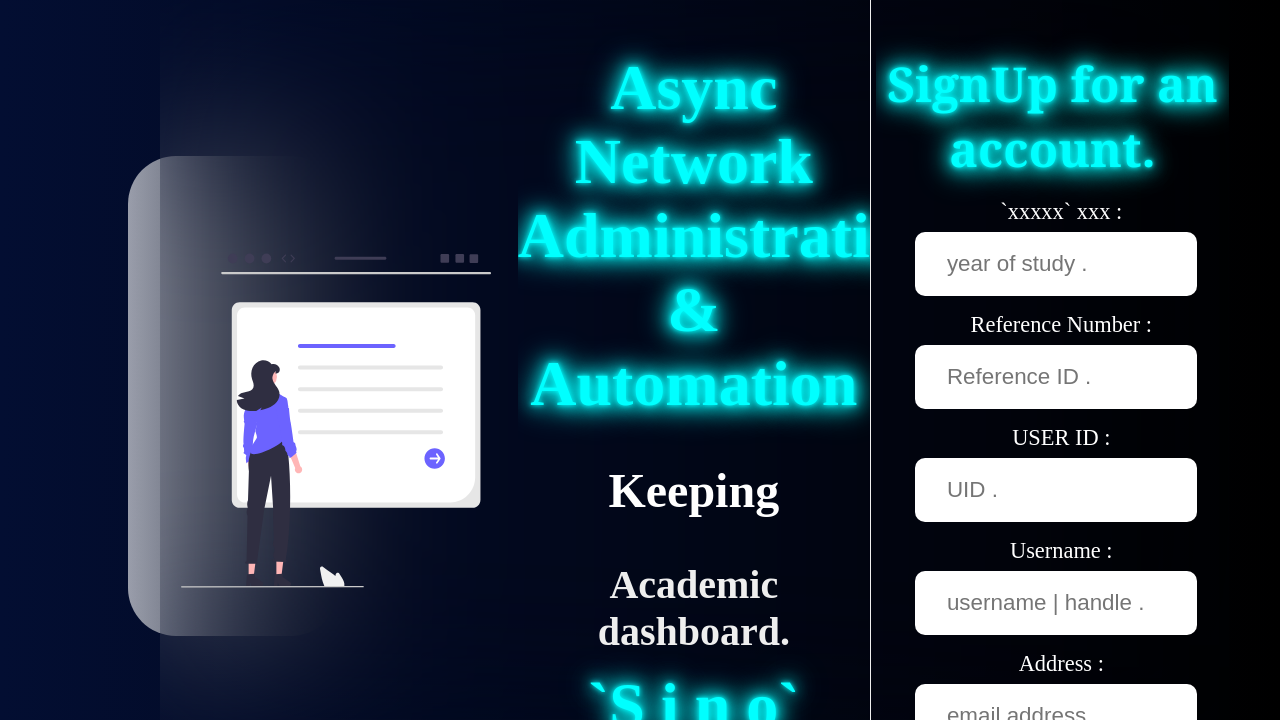
Repository: 3x3cu7er/Shax_001
Page: http://localhost/
An editor plug-in stored every save of this project. The page is shown before and after the next save, followed by the edit.
The browser window is 1280 px wide. The pictures show the whole page.
The page is served by the project's application, run on Django 4.2 (manage.py). Other server files are loaded and not shown.

Above is the page before, as saved 2024-01-19 19:13:06.

### _3x3c47er_Sino_sys/template/xhome.html
{%load static %}

<!DOCTYPE html>
<html lang="en">
  <head>
    <meta charset="UTF-8" />
    <meta name="viewport" content="width=device-width, initial-scale=1.0" />
    <title>Document</title>
    <link rel="stylesheet" href="{% static '/css/homex.css'%}" />
  </head>
  <body>
    <div class="container">
      <section class="transparency">
        <div class="c1"></div>

        <div class="screen">
          <div class="image">
            <img src="/static/css/icons/course1.svg" alt="" />
          </div>
          <div class="welcome">
            <h1>Async Network Administrating & Automation</h1>
            <h2>Keeping</h2>
            <h3>Academic dashboard.</h3>
            <h1>`S i n o` board</h1>
            <h1>User ID :{{uID}}</h1>
          </div>
          <div class="accounts">
            <!-- accountCreating -->
            <div class="formContainer" id="register">
              <h2>SignUp for an account.</h2>
              <form action="" method="post">
                {% csrf_token%}
                <div class="formItem">
                  <label for="">`xxxxx` xxx :</label>
                  <input
                    type="text"
                    name="level"
                    placeholder="year of study ."
                  />
                </div>
                <div class="formItem">
                  <label for="">Reference Number :</label>
                  <input type="text" name="ref" placeholder="Reference ID ." />
                </div>
                <div class="formItem">
                  <label for="">USER ID :</label>
                  <input type="text" name="uid" placeholder="UID ." />
                </div>
                <div class="formItem">
                  <label for="">Username :</label>
                  <input
                    type="text"
                    name="username"
                    placeholder="username | handle ."
                  />
                </div>
                <div class="formItem">
                  <label for="">Address :</label>
                  <input
                    type="email"
                    name="addrs"
                    placeholder="email address.."
                  />
                </div>
                <div class="formItem">
                  <label for="">Password :</label>
                  <input
                    type="password"
                    name="pass1"
                    placeholder="password.."
                  />
                </div>
                <div class="formItem">
                  <label for="">Password (confirm) :</label>
                  <input
                    type="password"
                    name="pass2"
                    placeholder="password.."
                  />
                </div>
                <div class="formItem">
                  <input type="submit" value="SignUp" />
                </div>
                <div class="formItem" id="blank">
                  <h4>
                    Already have an account ?
                    <a class="sign" id="link1">SignIn</a>.
                  </h4>
                </div>
              </form>
            </div>
            <div id="signIn">
              <form action="" method="get" class="formContainer2">
                {% csrf_token%}
                <div class="formItem">
                  <label for="">Username :</label>
                  <input
                    type="text"
                    name="username"
                    placeholder="username | handle ."
                  />
                </div>
                <div class="formItem">
                  <label for="">Address :</label>
                  <input
                    type="email"
                    name="addrs"
                    placeholder="email address.."
                  />
                </div>
                <div class="formItem">
                  <label for="">Password :</label>
                  <input
                    type="password"
                    name="pass1"
                    placeholder="password.."
                  />
                </div>
                <div class="formItem">
                  <input type="submit" value="SignIn" />
                </div>
                <div class="formItem">
                  <h4>
                    have no account ? <a class="sign" id="link2">SignUp</a>.
                  </h4>
                </div>
              </form>
            </div>
          </div>
        </div>
      </section>
    </div>
    <script src="{% static '/js/sign.js'%}"></script>
  </body>
</html>

### _3x3c47er_Sino_sys/_hadez_/views.py
from django.shortcuts import render

# Create your views here.
# system navs


def x1(request):
    return render(request, "xterminal.html")


# system navs
def x2(request):
    return render(request, "xupdate.html")


# system navs
def x3(request):
    return render(request, "xbase.html")


# system navs
def x4(request):
    return render(request, "xmain.html")


# system navs
def x5(request):
    return render(request, "sys_manage.html")


# system navs
def x6(request):
    return render(request, "root_parent.html")


# system navs
def x7(request):
    return render(request, "dash_content_overview.html")


# system navs
def x8(request):

    # if request.method == 'POST':
    #     uname = '*****'
    #     addr = 'account@mail.com'
    #     refnum = '**********'
    #     commentRef = request.POST.get('comID')
    #     label = request.POST.get('label')
    #     message = request.POST.get('message')
    #     newComment = comments(commentID=commentRef, label=label, details=message)
    #     newComment.save()

    if request.method == 'GET':
        uname = '*****'
        addr = 'account@mail.com'
        refnum = '**********'
        ref = request.GET.get('search')
        # users = userCredentials.objects.all()
        # for userAccount in users:
        #     if str(userAccount.referenceNumber) == str(ref):
        #         print('yh..')
        #         uname = userAccount.uname
        #         addr = userAccount.Address
        #         refnum = userAccount.referenceNumber

    return render(request, 'xlanding.html', {'uname':uname, 'addr':addr, 'refnum':refnum})


# system navs
def x9(request):
    return render(request, "xhome.html")


# system navs
def x10(request):
    return render(request, "board_confg.html")


# system navs
def x11(request):
    return render(request, "temp_access_stud.html")


# system navs
def x12(request):
    return render(request, "xactive.html")


# system navs
def x13(request):
    return render(request, "xplatform.html")


# system navs
def x14(request):
    return render(request, "sys_major.html")

### _3x3c47er_Sino_sys/_3x3c47er_Sino_sys/urls.py
"""_3x3c47er_Sino_sys URL Configuration

The `urlpatterns` list routes URLs to views. For more information please see:
    https://docs.djangoproject.com/en/4.0/topics/http/urls/
Examples:
Function views
    1. Add an import:  from my_app import views
    2. Add a URL to urlpatterns:  path('', views.home, name='home')
Class-based views
    1. Add an import:  from other_app.views import Home
    2. Add a URL to urlpatterns:  path('', Home.as_view(), name='home')
Including another URLconf
    1. Import the include() function: from django.urls import include, path
    2. Add a URL to urlpatterns:  path('blog/', include('blog.urls'))
"""
from django.contrib import admin
from django.urls import path, include

urlpatterns = [
    path('admin/', admin.site.urls),
    path("", include("_hadez_.urls")),
    path("xterminal/", include("_hadez_.urls")),
    path('main/', include('_hadez_.urls')),
    path('update-my-data/', include('_hadez_.urls')),
    path('records/', include('_hadez_.urls')),
    path('menu/', include('_hadez_.urls')),
    path('monitor/', include('_hadez_.urls')),
    path('platform/', include('_hadez_.urls')),
]

### _3x3c47er_Sino_sys/_hadez_/urls.py
from django.urls import path
from . import views
urlpatterns = [
    path("xterminal/", views.x1, name="xterminal"),
    path("xupdate/", views.x2, name="xupdate"),
    path("xbase/", views.x3, name="xbase"),
    path("xmain/", views.x4, name="xmain"),
    path("sys_manage/", views.x5, name="sys_manage"),
    path("root_parent/", views.x6, name="root_parent"),
    path("dash_content_overview/", views.x7, name="dash_content_overview"),
    path("xlanding/", views.x8, name="xlanding"),
    path("", views.x9, name="xhome"),
    path("board_confg/", views.x10 , name="board_confg"),
    path("temp_access_student/", views.x11 , name="temp_access_student"),
    path("xactive/", views.x12 , name="xactive"),
    path("xplatform/", views.x13 , name="xplatform"),
    path("sys_major/", views.x14 , name="sys_major"),
]

### _3x3c47er_Sino_sys/static/css/homex.css
* {
  margin: 0;
  padding: 0;
  box-sizing: border-box;
}
body {
  display: flex;
  align-items: center;
  justify-content: center;
  text-align: center;
  height: 100vh;
  width: 100%;
}

.container {
  width: 100%;
  height: 100%;
  align-items: center;
  justify-content: center;
  display: flex;
  overflow: hidden;
  background: linear-gradient(to right, silver, rgba(72, 129, 129, 0.592));
}

a {
  text-decoration: none;
  color: red;
  font-size: 1.4rem;
  font-family: Georgia, "Times New Roman", Times, serif;
}
a:hover {
  cursor: pointer;
}

label {
  font-size: 1.4rem;
  margin-left: 5%;
}
input[type="text"],
input[type="date"],
input[type="password"],
input[type="email"] {
  width: 80%;
  height: 4rem;
  margin: 2% 0 1rem 2%;
  padding-left: 2rem;
  outline: none;
  border-radius: 10px;
  border: none;
  font-size: 1.4rem;
}
#signIn {
  margin-top: 15%;
  margin-bottom: 60%;
  height: 100%;
  padding-top: 50%;
  display: none;
}
#register {
  height: 110%;
  margin-bottom: 25%;
}
#register h2 {
  margin-bottom: 5%;
  font-size: 3rem;
  color: aqua;
  text-shadow: 0 0 5px aqua, 0 0 15px aqua, 0 0 25px aqua, 0 0 35px aqua;
  font-family: Georgia, "Times New Roman", Times, serif;
}
form input[type="submit"] {
  width: 25%;
  height: 3rem;
  margin: 2% 0 1rem 6%;
  padding-left: 0.5rem;
  outline: none;
  border-radius: 10px;
  border: none;
  font-size: 1.4rem;
  text-align: center;
}

.transparency {
  width: 100%;
  height: 100%;
  background: linear-gradient(to right, rgba(3, 14, 50), rgba(0, 0, 0));
  backdrop-filter: blur(5rem);
  z-index: 2;
  text-align: center;
  overflow: hidden;
  display: flex;
  align-items: center;
  justify-content: center;
}

.logoImage {
  width: 50%;
  height: 100%;
  text-align: center;
  overflow: hidden;
  display: flex;
  align-items: center;
  justify-content: center;
}

.c1,
.c2 {
  width: 30rem;
  height: 30rem;
  position: relative;
  border-radius: 3rem;
  -webkit-border-radius: 3rem;
  -moz-border-radius: 3rem;
  -ms-border-radius: 3rem;
  -o-border-radius: 3rem;
}
.c1 {
  background: linear-gradient(
    to right,
    rgba(255, 255, 255, 0.6),
    rgba(0, 0, 0, 0.3)
  );
  top: 5%;
  left: 70%;
  animation: top 1s linear infinite;
  transition: 2s ease-in-out;
  -webkit-transition: 2s ease-in-out;
  -moz-transition: 2s ease-in-out;
  -ms-transition: 2s ease-in-out;
  -o-transition: 2s ease-in-out;
}

c2 {
  background: linear-gradient(
    to right,
    rgba(255, 255, 255, 0.4),
    rgba(0, 0, 0, 0.3)
  );
  top: 50%;
  right: 70%;
  animation: top 1s linear infinite;
  transition: 2s ease-in-out;
  -webkit-transition: 2s ease-in-out;
  -moz-transition: 2s ease-in-out;
  -ms-transition: 2s ease-in-out;
  -o-transition: 2s ease-in-out;
}
@keyframes top {
  0% {
    left: 10%;
  }
  45% {
    transform: rotateZ(35deg);
    -webkit-transform: rotateZ(35deg);
    -moz-transform: rotateZ(35deg);
    -ms-transform: rotateZ(35deg);
    -o-transform: rotateZ(35deg);
  }
  60% {
    transform: rotateZ(80deg);
    -webkit-transform: rotateZ(80deg);
    -moz-transform: rotateZ(80deg);
    -ms-transform: rotateZ(80deg);
    -o-transform: rotateZ(80deg);
  }
}

@keyframes down {
  0% {
    right: 10%;
  }
  45% {
    transform: rotateZ(-35deg);
    -webkit-transform: rotateZ(-35deg);
    -moz-transform: rotateZ(-35deg);
    -ms-transform: rotateZ(-35deg);
    -o-transform: rotateZ(-35deg);
  }
  60% {
    transform: rotateZ(-80deg);
    -webkit-transform: rotateZ(-80deg);
    -moz-transform: rotateZ(-80deg);
    -ms-transform: rotateZ(-80deg);
    -o-transform: rotateZ(-80deg);
  }
}

.transparency .screen {
  width: 190%;
  height: 160%;
  backdrop-filter: blur(5rem);
  z-index: 2;
  text-align: center;
  display: flex;
  align-items: center;
  gap: 0.5%;
  justify-content: center;
  position: relative;
  right: 4%;
  color: white;
}

.welcome,
.accounts,
.image {
  width: 50%;
  height: 100%;
  text-align: center;
  overflow: auto;
  color: white;
  padding-top: 25%;
  padding-bottom: 10%;
}
.welcome {
  border-right: 1px solid #eee;
}
.welcome h1 {
  color: aqua;
  font-size: 4rem;
  text-shadow: 0 0 5px aqua, 0 0 15px aqua, 0 0 25px aqua, 0 0 35px aqua;
}
.welcome h3 {
  color: #eee;
  font-size: 2.5rem;
  margin: 12% 0 4% 0;
}

.welcome h2 {
  margin: 12% 0 4% 0;
  font-size: 3rem;
}

.image img {
  width: 88%;
  height: 95%;
}

### _3x3c47er_Sino_sys/static/js/sign.js
register = document.querySelector("#register");

sign = document.querySelector("#signIn");
link1 = document.querySelector("#link1");
link2 = document.querySelector("#link2");
// sign.addEventListener("click", function (e) {
//   signUp.style.display = "block";
//   signUp.style.marginTop = "-25%";
//   register.style.display = "none";
// });
// signUp.addEventListener("click", function (e) {
//   signIn.style.display = "none";
//   register.style.display = "block";
// });

link1.addEventListener("click", function (e) {
  sign.style.display = "block";
  sign.style.marginTop = "25%";
  register.style.display = "none";
});
link2.addEventListener("click", function (e) {
  signIn.style.display = "none";
  register.style.display = "block";
});

Loaded but not shown: _3x3c47er_Sino_sys/static/css/icons/course1.svg (1 lines, source omitted)

After the next save:
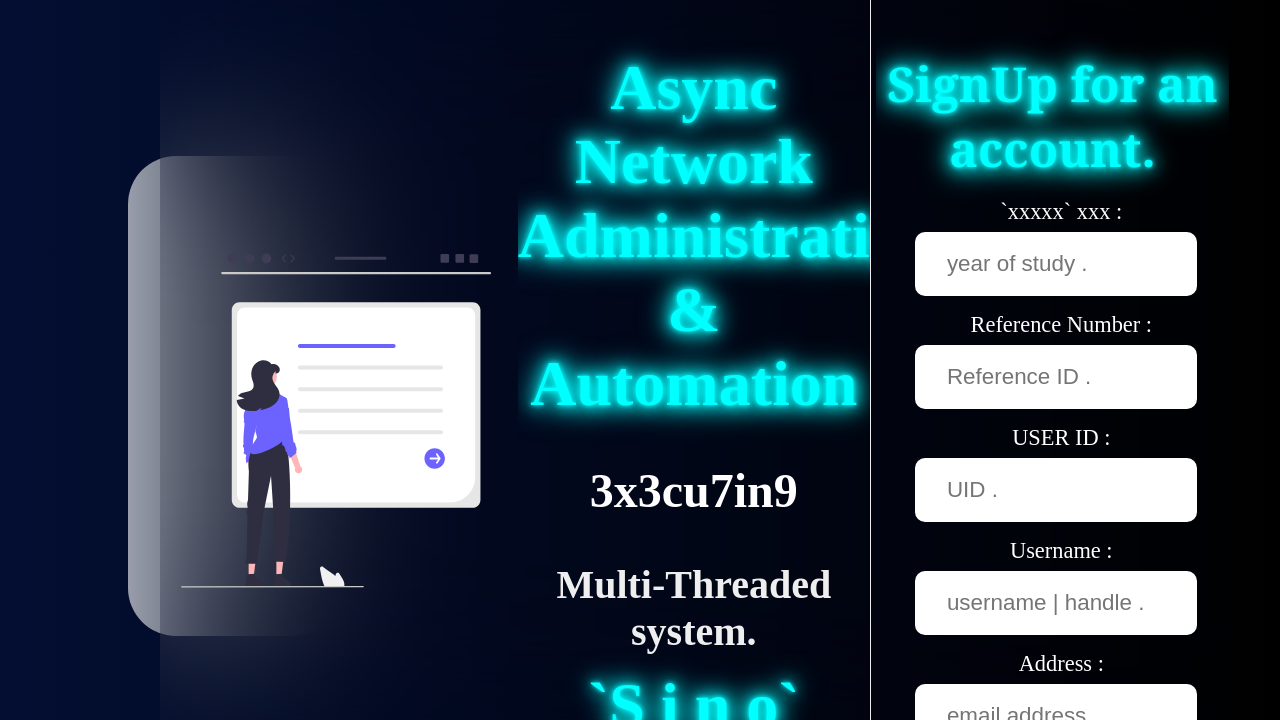
Saved 93 s later.
--- a/_3x3c47er_Sino_sys/template/xhome.html
+++ b/_3x3c47er_Sino_sys/template/xhome.html
@@ -19,8 +19,8 @@
           </div>
           <div class="welcome">
             <h1>Async Network Administrating & Automation</h1>
-            <h2>Keeping</h2>
-            <h3>Academic dashboard.</h3>
+            <h2>3x3cu7in9</h2>
+            <h3>Multi-Threaded system.</h3>
             <h1>`S i n o` board</h1>
             <h1>User ID :{{uID}}</h1>
           </div>
